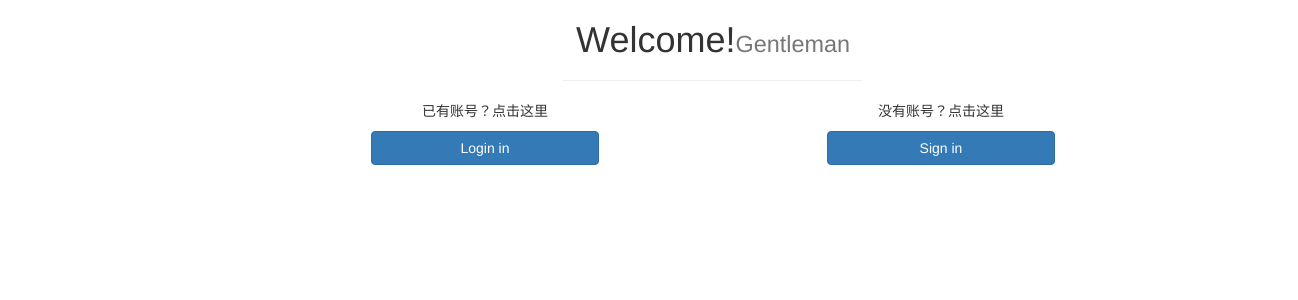
Repository: JasonBour/Beautypedia
Page: http://localhost/
These files come from the project's save history. The page is drawn as it stood at one moment and after the next save; the edit follows.
The browser window is 1280 px wide. The page is 1298 px wide, then 1280 px, so the pictures cover 1298 px, including what lies to the right of the window. The pictures show the whole page.
The page is run by PHP 8.4 with error messages shown; the project is at /var/www/html/.

Above is the page before, as saved 2015-09-13 12:41:06.

### Beautypedia/index.php
<html>
<head>
<meta charset="utf-8">
<link rel="stylesheet" type="text/css" href="./css/bootstrap.min.css"><!-- css file-->
<link rel="stylesheet" type="text/css" href="./css/index.css">
</head>
<body>


<div class="container ">
    <h1  class="title">Welcome!<small>Gentleman</small></h1>



     <HR align=center width=300 color=#987cb9 SIZE=1>

  <div  class="login">
   <p>已有账号？点击这里</p>
   <button type="button" class="btn btn-primary btn-block">Login in</button>

  </div>

  <div class="signin">
  <p>没有账号？点击这里</p>
   <button type="button" class="btn btn-primary btn-block">Sign in</button>

  </div>
 </div>


</body>

</html>

### Beautypedia/css/index.css
@CHARSET "UTF-8";
div.container{
	text-align:center;
	 margin-left:10%;

}
div.login{
	width:20%;
	float:left;
	margin-left:20%
}
div.signin{
 float:left;
	width:20%;
	margin-left:20%
}

Loaded but not shown: Beautypedia/css/bootstrap.min.css (library)

After the next save:
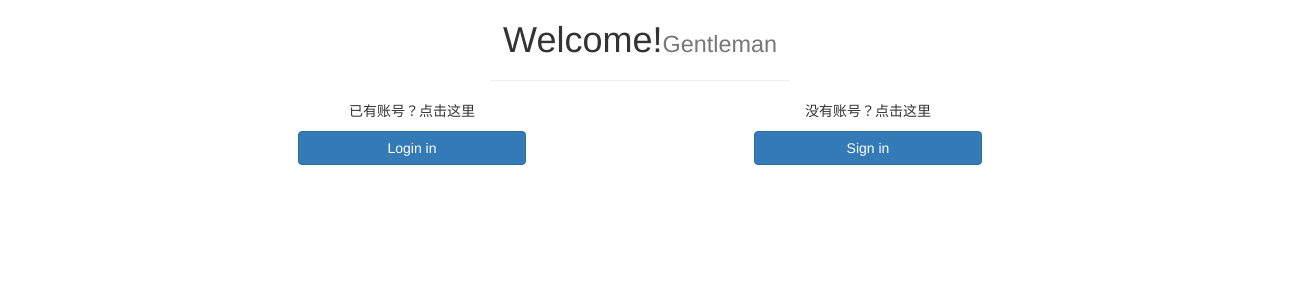
Saved 10 s later.
--- a/Beautypedia/css/index.css
+++ b/Beautypedia/css/index.css
@@ -1,7 +1,7 @@
 @CHARSET "UTF-8";
 div.container{
 	text-align:center;
-	 margin-left:10%;
+
 
 }
 div.login{
